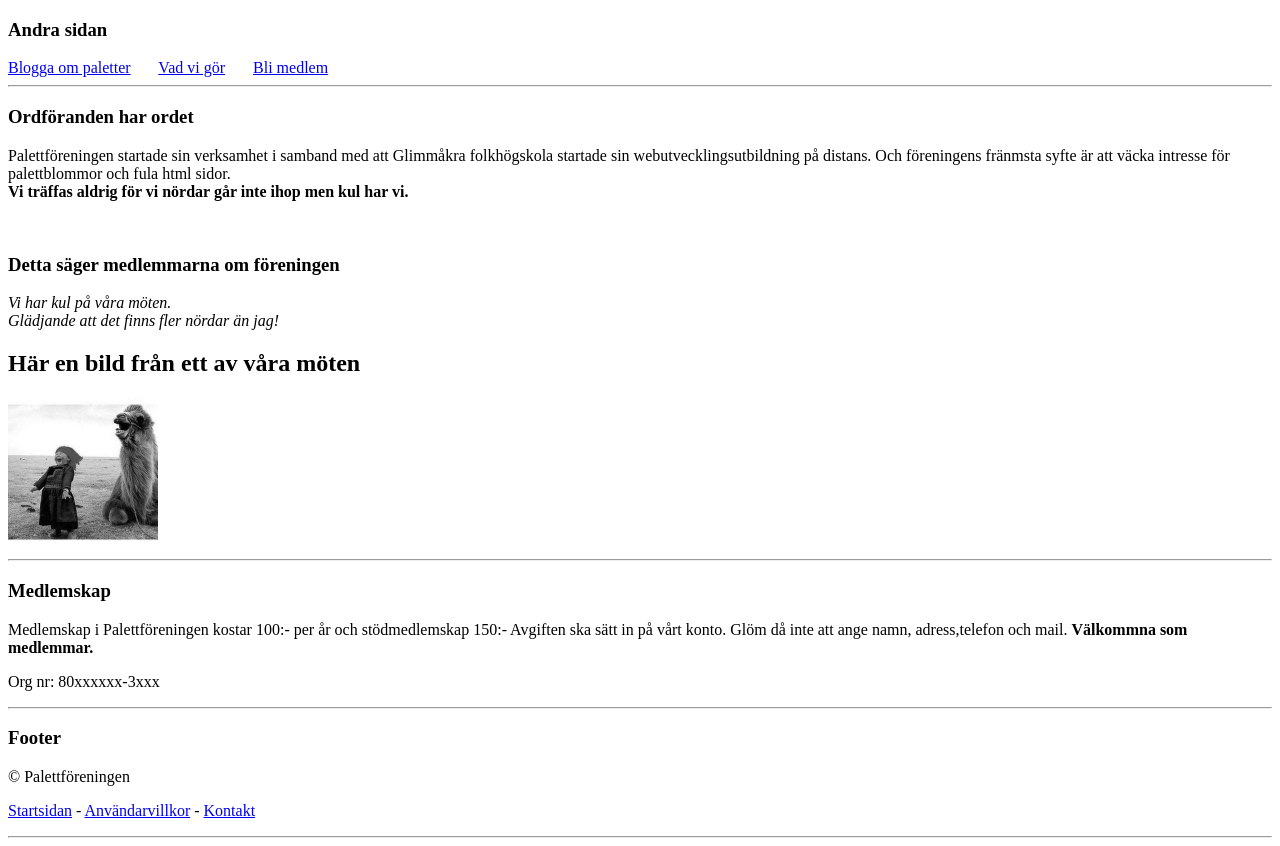
Repository: Webutveckling-20-21/Uppgift-1
Page: verksamheten.html
The author's editor kept a copy of each file at every save. The page is drawn from the files as they stood at one save, then again after the next save.
The browser window is 1280 px wide. The pictures show the whole page.

Above is the page before, as saved 2021-09-07 22:46:34.

### verksamheten.html
<!-- Här alla måsten i huvudet såsom språk och språkkodning mm -->
<!DOCTYPE html>
<html lang="sv">


<head>
    <meta charset="UTF-8">
    <meta name="viewport" content="width=device-width, initial-scale=1.0">
    <title>verksamheten</title>
</head>

<body>
    <header>
        <h3>Andra sidan</h3>
        <!-- Här läggs alla länkar-->
        <a href="blogg.html">Blogga om paletter</a>&nbsp;&nbsp;&nbsp;&nbsp;&nbsp;&nbsp;
        <a href="verksamheten.html">Vad vi gör</a>&nbsp;&nbsp;&nbsp;&nbsp;&nbsp;&nbsp;
        <a href="medlemskap.html">Bli medlem</a>
    </header>
    <hr>
    <main>
        <article>
            <h3>Ordföranden har ordet</h3>
            <p> Palettföreningen startade sin verksamhet i samband med att Glimmåkra folkhögskola startade sin
                webutvecklingsutbildning på distans. Och föreningens fränmsta syfte är att väcka intresse för
                palettblommor och fula html sidor. <br> <b> Vi träffas aldrig för vi nördar går inte ihop men kul har
                    vi.</b> </p> <br>
        </article>



        <article>

            <h3>Detta säger medlemmarna om föreningen</h3>

            <cite>Vi har kul på våra möten.</cite><br>
            <cite>Glädjande att det finns fler nördar än jag!</cite><br>

            <h2>Här en bild från ett av våra möten</h2>

            <img src="images/ordförande pa excursion.jpg" width="150" height="150" alt="Ordförande berättar.">

        </article>



    </main>
    <hr>
    <aside>
        <h3>Medlemskap</h3>
        <p>Medlemskap i Palettföreningen kostar 100:- per år och stödmedlemskap 150:-
            Avgiften ska sätt in på vårt konto. Glöm då inte att ange namn, adress,telefon och mail.
            <b>Välkommna som medlemmar.</b>
        </p>

        <p>Org nr: 80xxxxxx-3xxx</p>
    </aside>
    <hr>
    <footer>

        <h3>Footer</h3>
        <p> &copy; Palettföreningen</p>
        <nav>
            <p>
                <a href="index.html">Startsidan</a> -
                <a href="villkor.html">Användarvillkor</a> -
                <a href="kontakt.html">Kontakt</a>
            </p>
        </nav>
    </footer>
    <hr>


</body>

</html>

After the next save:
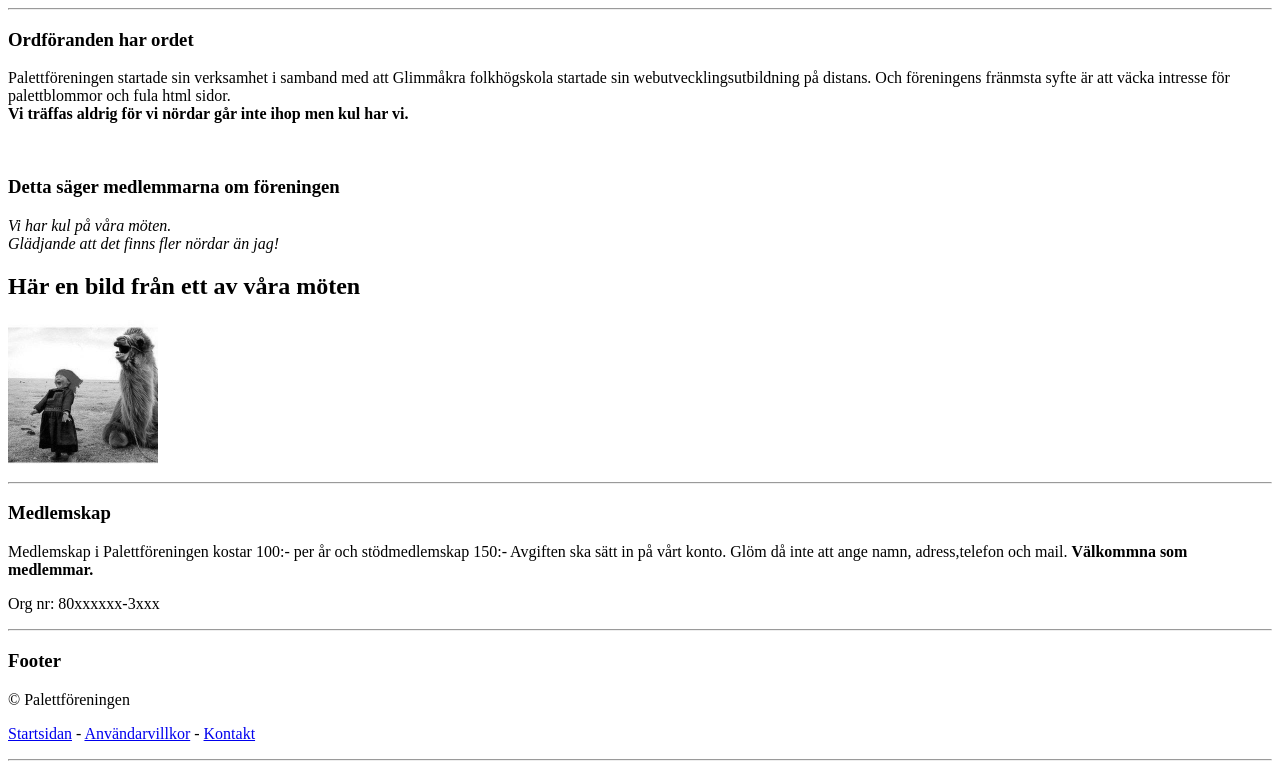
Saved 12 h 13 min later.
--- a/verksamheten.html
+++ b/verksamheten.html
@@ -11,11 +11,7 @@
 
 <body>
     <header>
-        <h3>Andra sidan</h3>
-        <!-- Här läggs alla länkar-->
-        <a href="blogg.html">Blogga om paletter</a>&nbsp;&nbsp;&nbsp;&nbsp;&nbsp;&nbsp;
-        <a href="verksamheten.html">Vad vi gör</a>&nbsp;&nbsp;&nbsp;&nbsp;&nbsp;&nbsp;
-        <a href="medlemskap.html">Bli medlem</a>
+
     </header>
     <hr>
     <main>

After the 3 saves that followed:
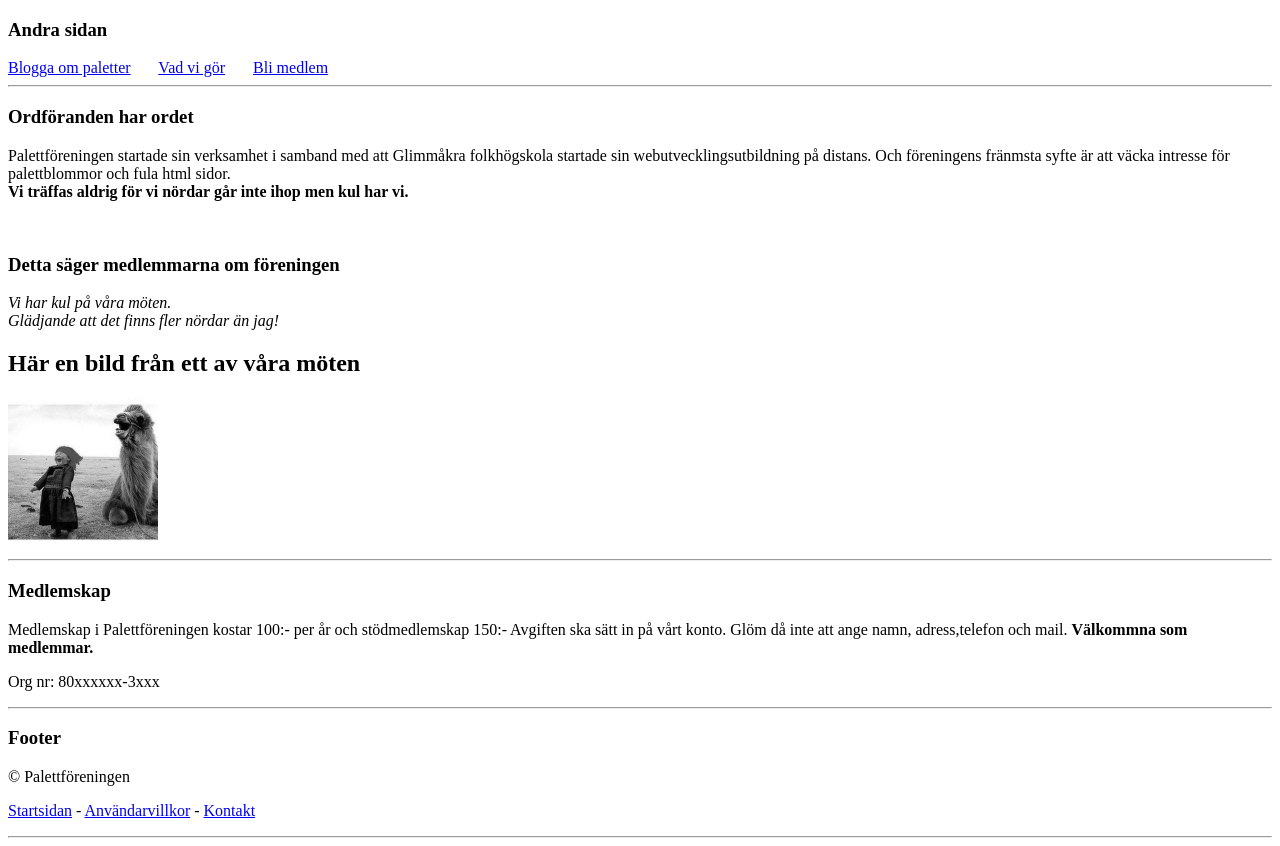
The 3 saves are shown as one change because 1 left the picture as it was and some came seconds apart.
The last was saved 11 s later.
--- a/verksamheten.html
+++ b/verksamheten.html
@@ -13,6 +13,13 @@
     <header>
 
     </header>
+    <nav>
+          <h3>Andra sidan</h3>
+        <!-- Här läggs alla länkar-->
+        <a href="blogg.html">Blogga om paletter</a>&nbsp;&nbsp;&nbsp;&nbsp;&nbsp;&nbsp;
+        <a href="verksamheten.html">Vad vi gör</a>&nbsp;&nbsp;&nbsp;&nbsp;&nbsp;&nbsp;
+        <a href="medlemskap.html">Bli medlem</a>
+    </nav>
     <hr>
     <main>
         <article>
